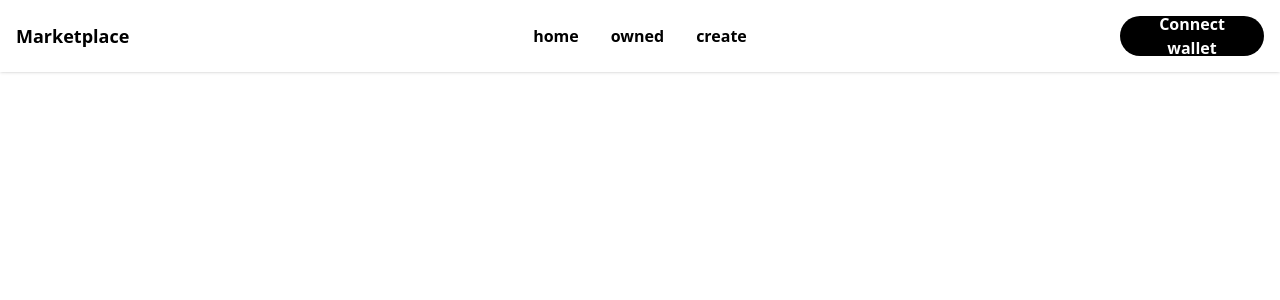
Repository: Kiendz3202/marketplace-frontend-nuxtjs
Page: /
An editor plug-in stored every save of this project. The page is shown before and after the next save, followed by the edit.
The browser window is 1280 px wide. The pictures show the whole page.
The project was rebuilt for these pictures with package versions that can differ from the ones it lists, and the page was loaded fresh each time. The framework's server and built-in components were replaced by stand-ins that run in the browser. Also part of the build but not shown: nuxt.config.js, components/connectWallet/AddressAvatar.vue, pages/index.vue.

Above is the page before, as saved 2022-11-08 13:13:39.

After the next save:
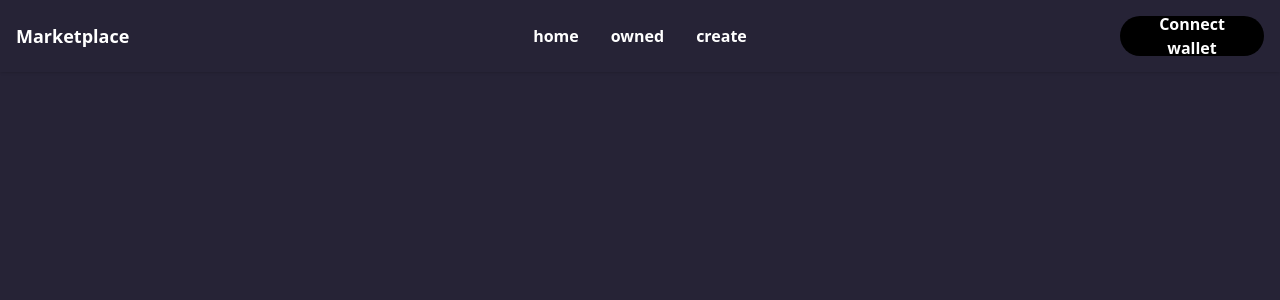
Saved 17 s later.
--- a/assets/css/main.css
+++ b/assets/css/main.css
@@ -1,3 +1,8 @@
+body {
+  background-color: rgb(38, 35, 54);
+  color: #fff;
+}
+
 /* * {
 	margin: 0;
 	padding: 0;
@@ -5,10 +10,10 @@
 	font-family: 'Fira sans', sans-serif;
 }
 
-/* body {
+body {
 	background-color: rgb(38, 35, 54);
 	color: #FFF;
-} */
+}
 
 main {
 	width: 100%;
